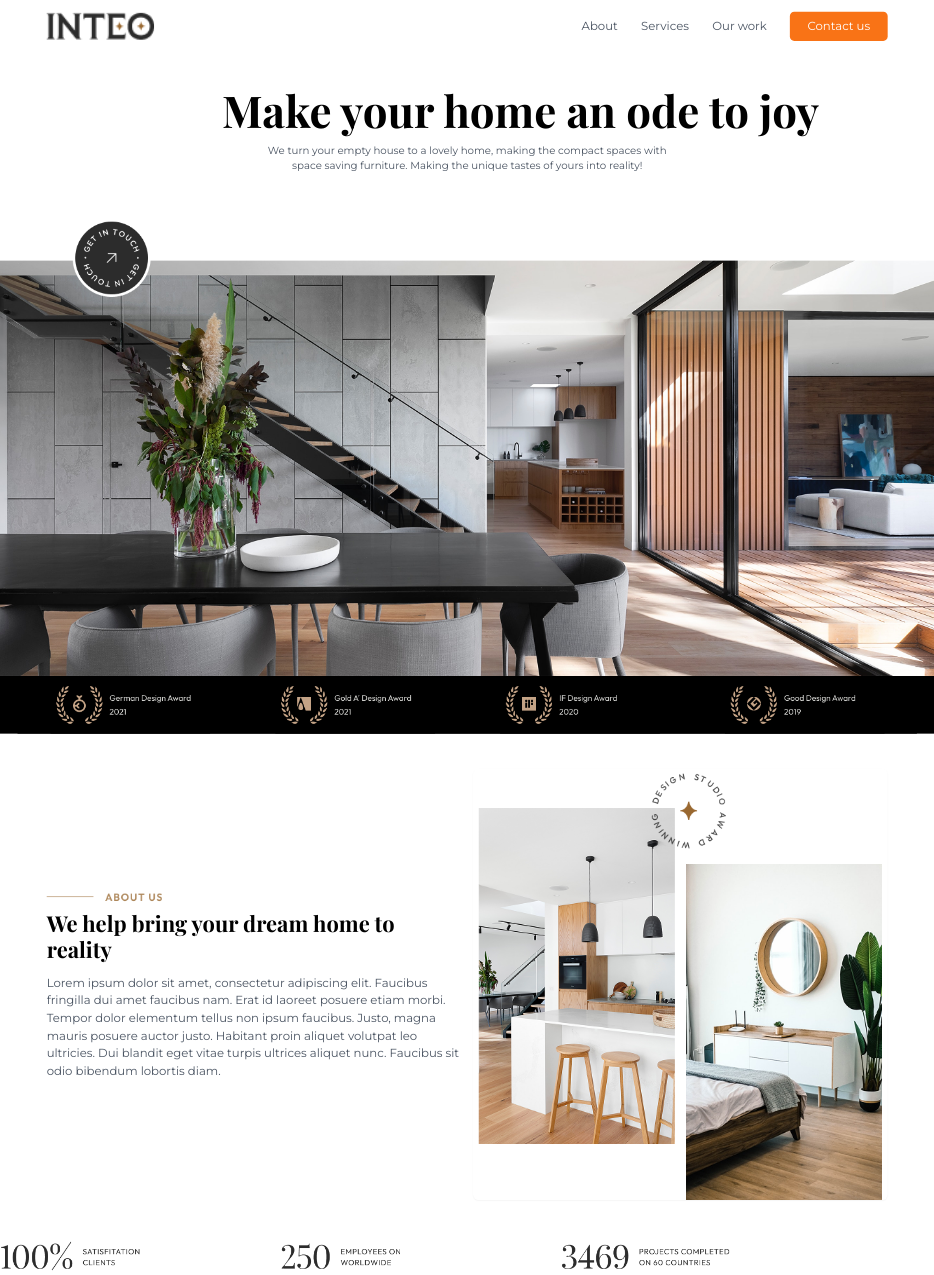
Repository: CatherinneJ/responsive-tailwind-website
Page: tailwind.html
An editor plug-in stored every save of this project. The page is shown before and after the next save, followed by the edit.
The browser window is 1280 px wide. The pictures show the whole page, at 73% of full size.
Some web libraries are served in a nearby version.

Above is the page before, as saved 2025-05-21 20:01:50.

After the next save:
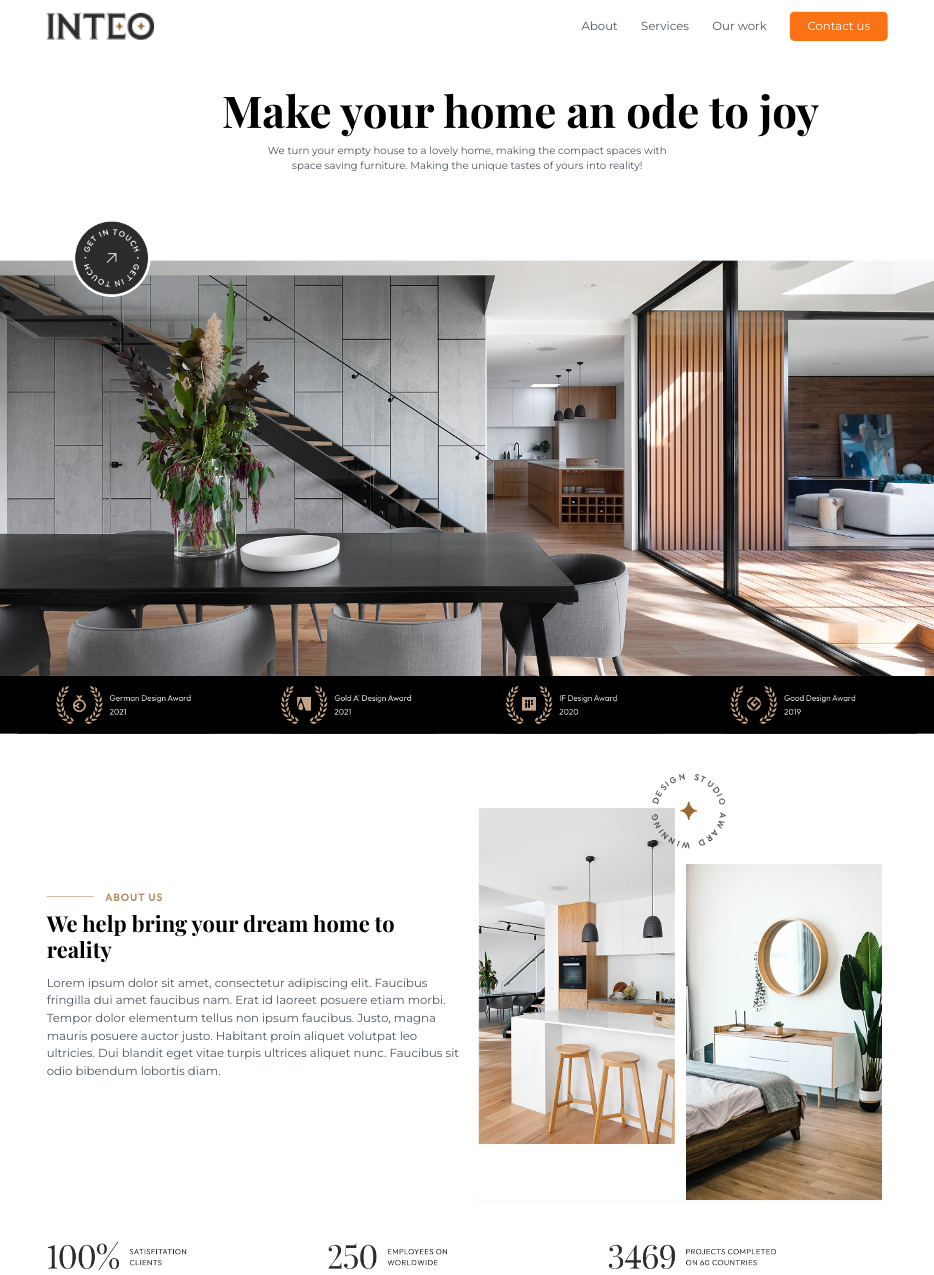
Saved 59 s later.
--- a/tailwind.html
+++ b/tailwind.html
@@ -87,7 +87,7 @@
     </section>
     <search>
         <h3>
-            <ul class="flex flex-wrap">
+            <ul class="flex flex-wrap justify-center">
                 <li><img src="./Assets/Metric Item.png" class="w-2/3 sm:w-2/2 md:w-3/5 lg:w-3/4" alt="metric1"></li>
                 <li><img src="./Assets/Metric Item (1).png" class="w-2/3 sm:w-2/2 md:w-3/5 lg:w-3/4" alt="metric2"></li>
                 <li><img src="./Assets/Metric Item (2).png" class="w-2/3 sm:w-2/2 md:w-3/5 lg:w-3/4" alt="metric3"></li>
